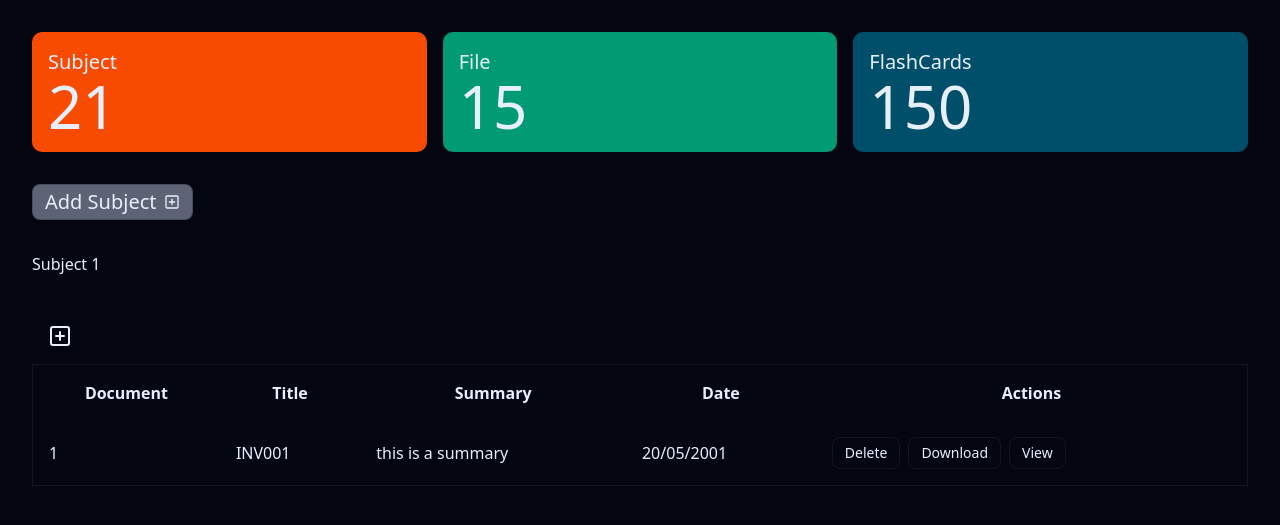
Repository: SywarDer/Student-Assistance
Page: /dashboard (app in student-assistant/)
The author's editor kept a copy of each file at every save. The page is drawn from the files as they stood at one save, then again after the next save.
The browser window is 1280 px wide. The pictures show the whole page.
The project was rebuilt for these pictures with package versions that can differ from the ones it lists, and the page was loaded fresh each time. The framework's server and built-in components were replaced by stand-ins that run in the browser. Also part of the build but not shown: student-assistant/next.config.ts, student-assistant/components/ui/input.tsx.

Above is the page before, as saved 2025-10-30 20:46:18.

After the next save:
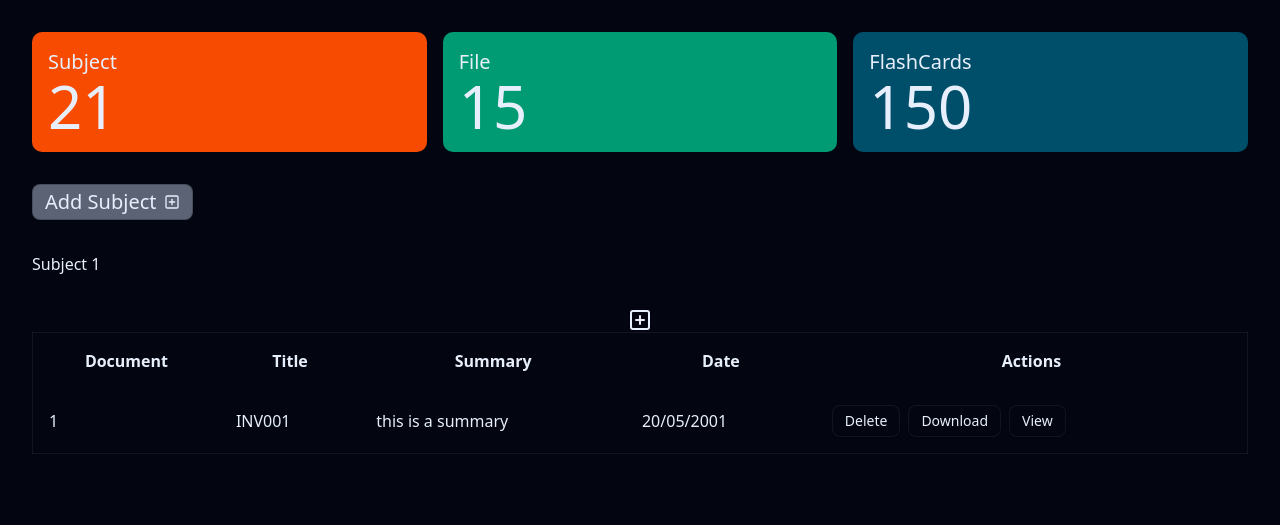
Saved 15 s later.
--- a/student-assistant/app/dashboard/page.tsx
+++ b/student-assistant/app/dashboard/page.tsx
@@ -87,7 +87,7 @@
 
             <h1 className="text-md">Subject 1</h1>
             <table className="min-w-full border">
-                <caption className="text-left font-medium p-4"><PlusSquare/></caption>
+                <caption className=""><PlusSquare/></caption>
                 <thead className="gap-4">
                     <tr>
                         <th className="p-4">Document</th>

After the save that followed:
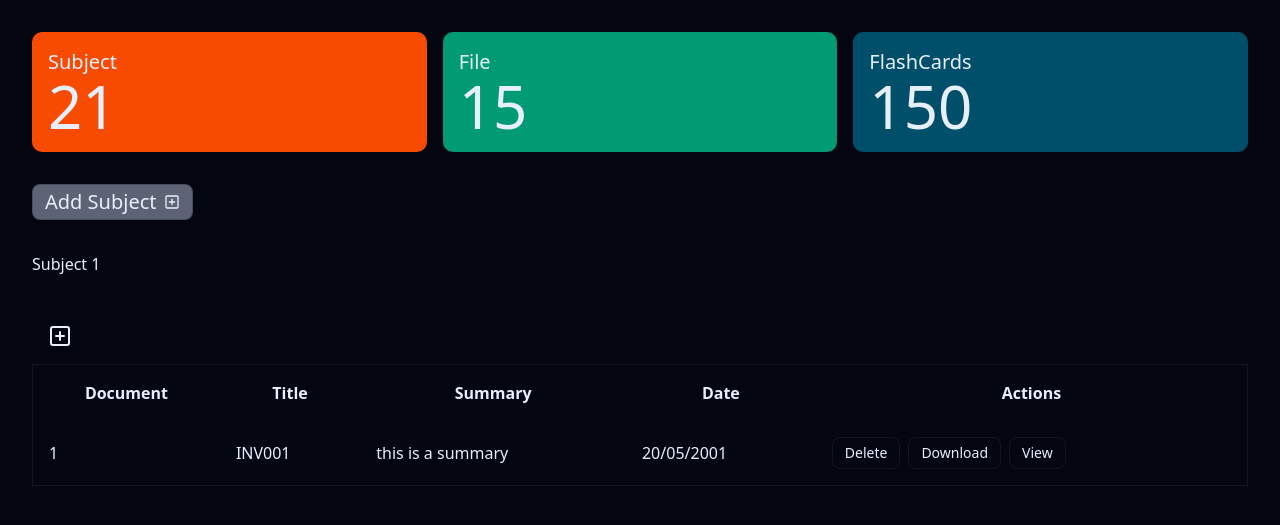
Saved 8 s later.
--- a/student-assistant/app/dashboard/page.tsx
+++ b/student-assistant/app/dashboard/page.tsx
@@ -87,7 +87,7 @@
 
             <h1 className="text-md">Subject 1</h1>
             <table className="min-w-full border">
-                <caption className=""><PlusSquare/></caption>
+                <caption className="text-left font-medium p-4"><PlusSquare/></caption>
                 <thead className="gap-4">
                     <tr>
                         <th className="p-4">Document</th>
